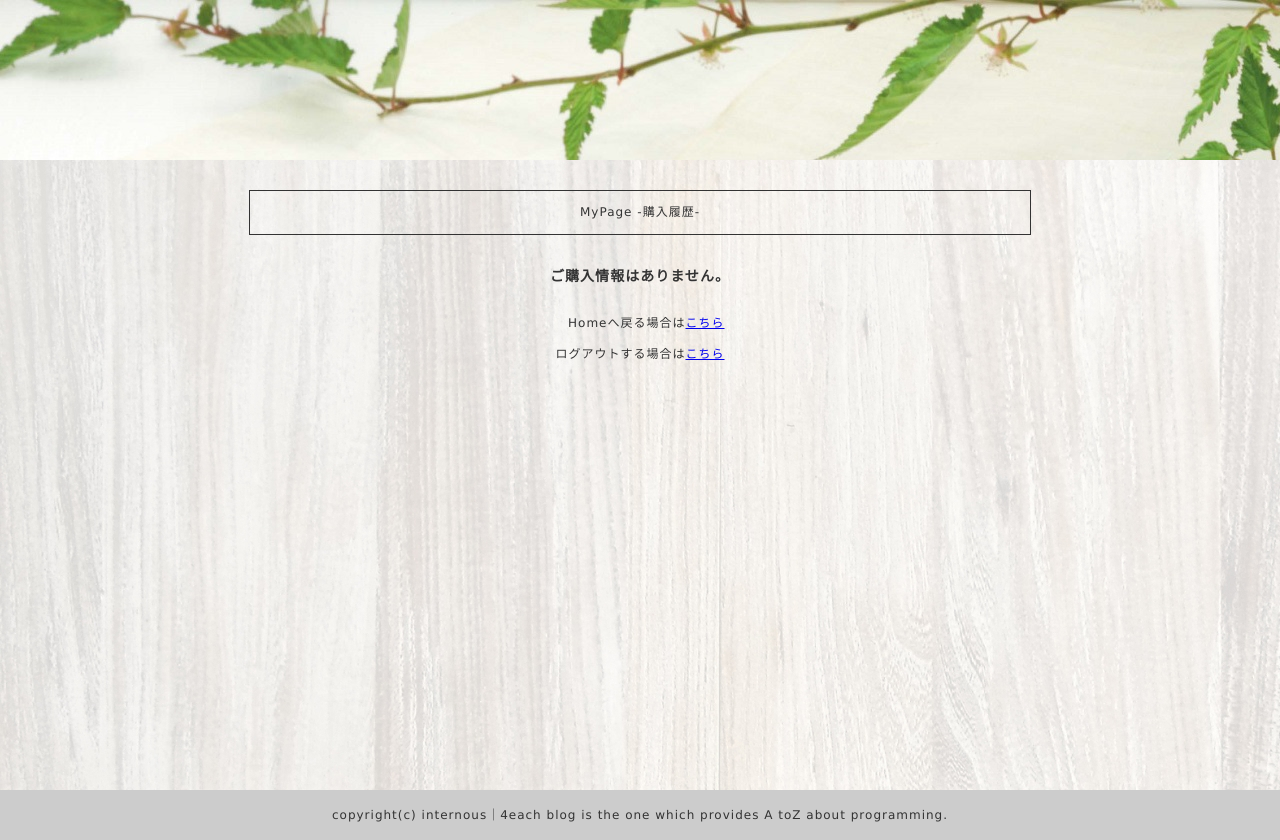
Repository: hiranatsu/ECtest
Page: http://localhost/myecsite01/myPage.jsp
The author's editor kept a copy of each file at every save. The page is drawn from the files as they stood at one save, then again after the next save.
The browser window is 1280 px wide. The pictures show the whole page.
The page is served by Tomcat 9.

Above is the page before, as saved 2018-09-20 05:30:21.

After the next save:
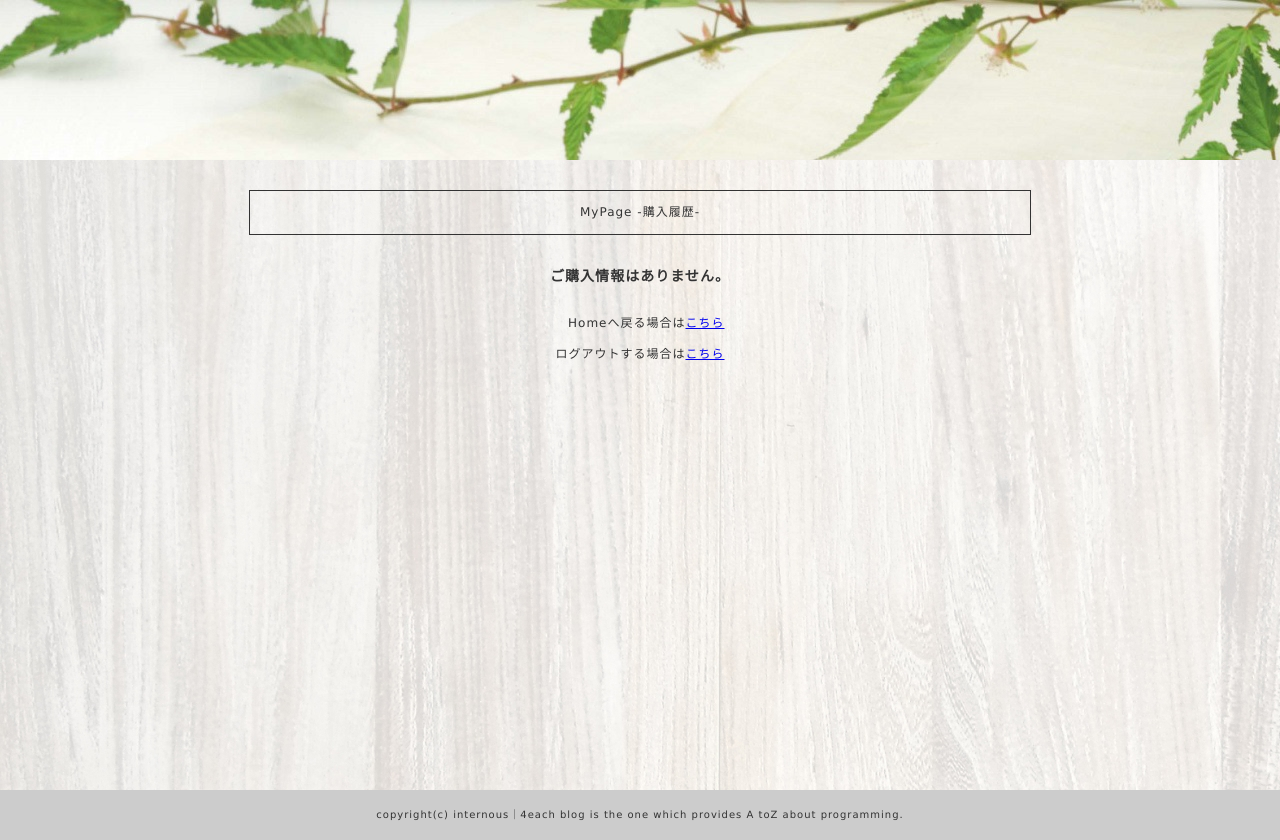
Saved 34 s later.
--- a/myecsite01/WebContent/myPage.jsp
+++ b/myecsite01/WebContent/myPage.jsp
@@ -56,6 +56,7 @@
 	background-color:#CCCCCC;
 	text-align:center;
 	line-height:50px;
+	font-size:10px;
 	clear:both;
 	}
 
